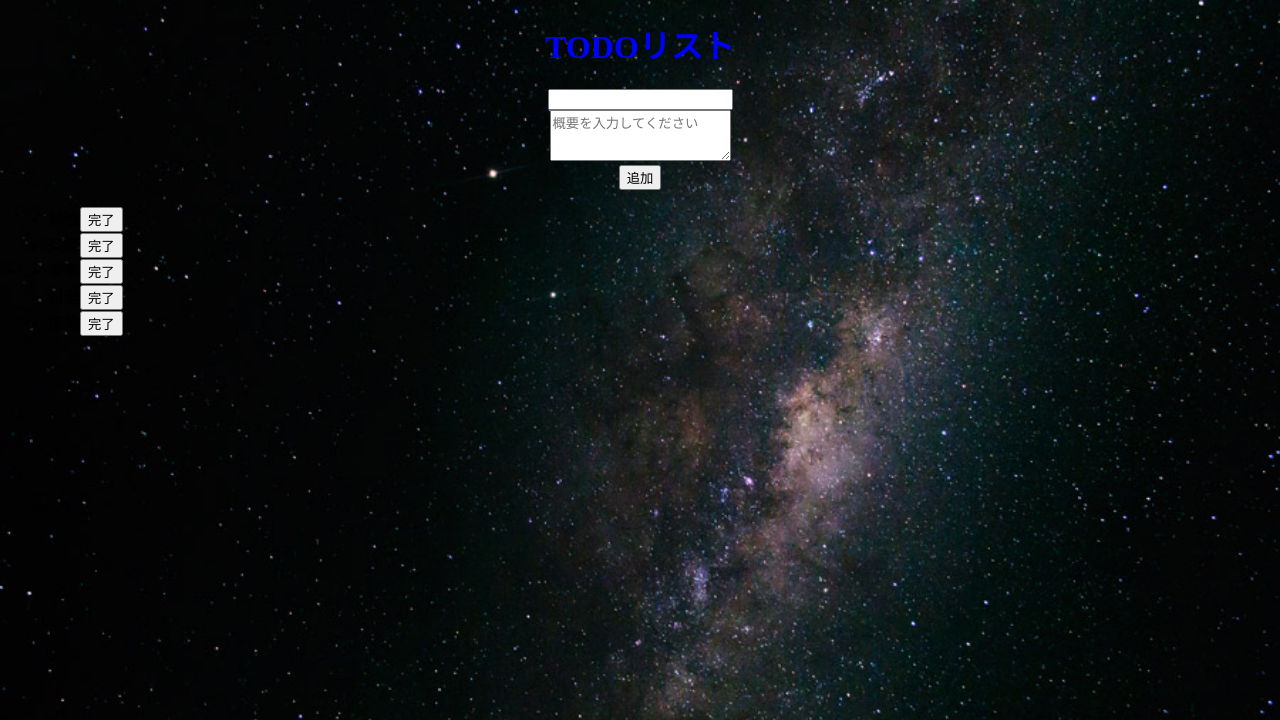
Repository: kntb2565/todolist
Page: src/index.html
The author's editor kept a copy of each file at every save. The page is drawn from the files as they stood at one save, then again after the next save.
The browser window is 1280 px wide. The pictures show the whole page.

Above is the page before, as saved 2018-10-22 22:13:39.

After the next save:
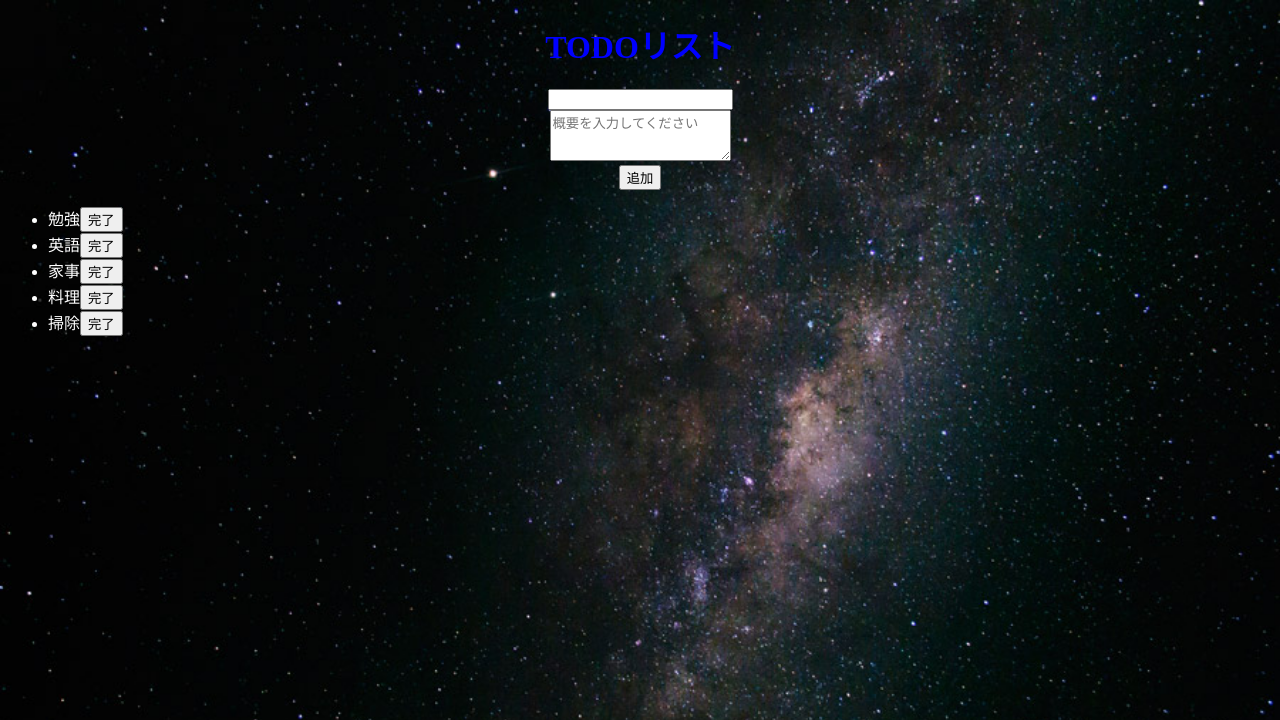
Saved 62 s later.
--- a/src/index.html
+++ b/src/index.html
@@ -8,6 +8,9 @@
     body {
         background-image: url("img/utyu3.jpg");
         background-size: cover;
+    }
+    li{
+        color:#fff;
     }
   </style>
 </head>
